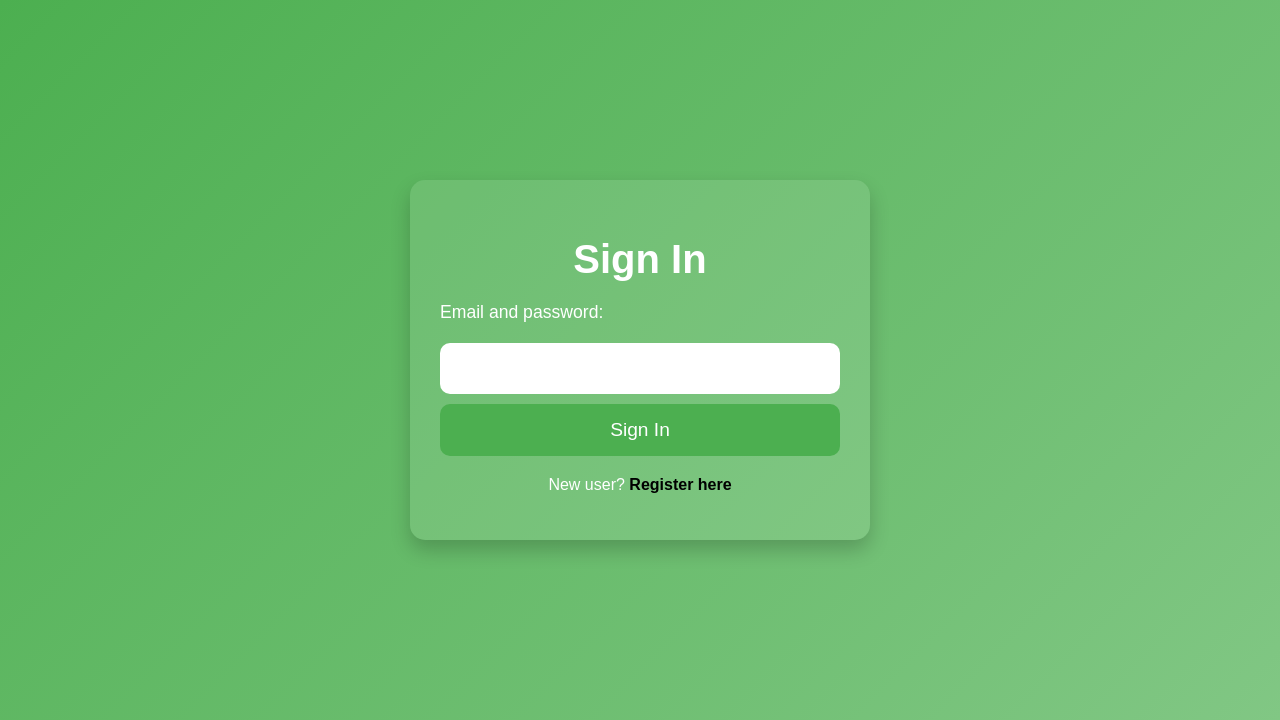
Repository: harutoNaiz/urban-mobility-system
Page: http://localhost/sign_in
The author's editor kept a copy of each file at every save. The page is drawn from the files as they stood at one save, then again after the next save.
The browser window is 1280 px wide. The pictures show the whole page.
The page is served by the project's application, run on Flask 3 (app.py).

Above is the page before, as saved 2024-11-13 09:24:18.

After the next save:
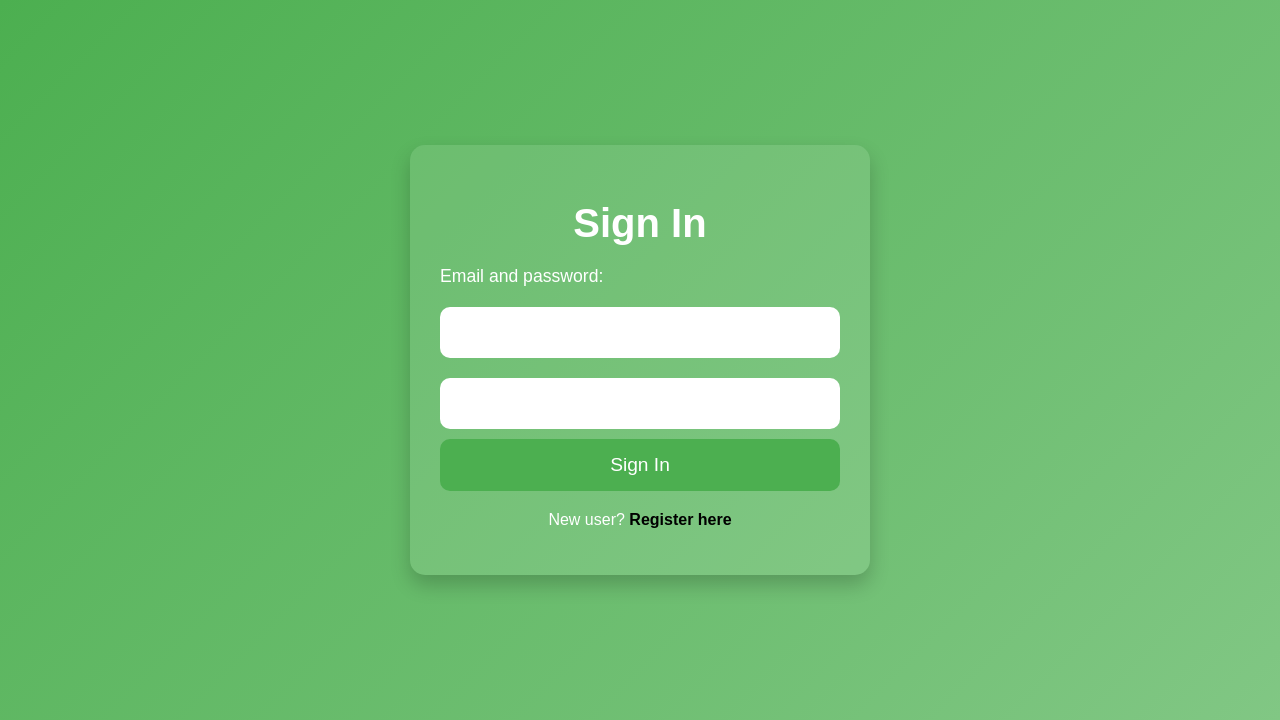
Saved 5 s later.
--- a/templates/sign_in.html
+++ b/templates/sign_in.html
@@ -91,6 +91,7 @@
         <form method="POST">
             <label for="email">Email and password:</label>
             <input type="email" id="email" name="email" required>
+            <input type="email" id="email" name="email" required>
             <button type="submit">Sign In</button>
         </form>
         <p>New user? <a href="{{ url_for('register_user') }}">Register here</a></p>
